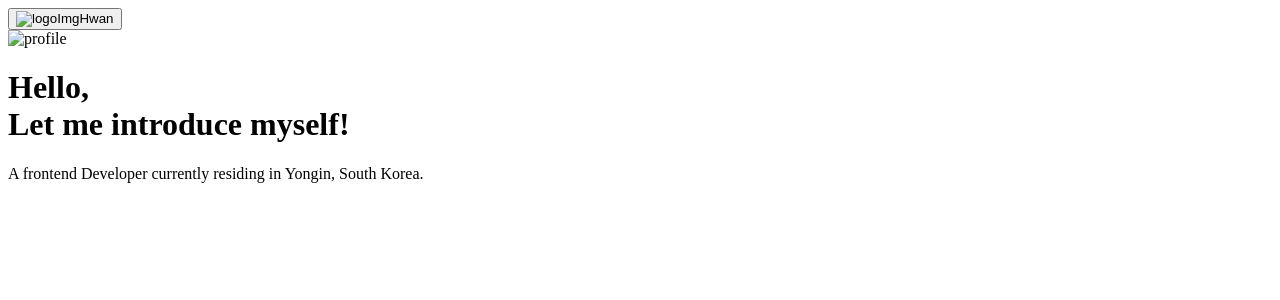
Repository: dhchun1203/Portfolio
Page: index.html
An editor plug-in stored every save of this project. The page is shown before and after the next save, followed by the edit.
The browser window is 1280 px wide. The pictures show the whole page.
Some web libraries are served in a nearby version.

Above is the page before, as saved 2020-12-02 15:20:20.

### index.html
<!DOCTYPE html>
<html lang="en">
	<head>
		<meta charset="UTF-8" />
		<meta name="viewport" content="width=device-width, initial-scale=1.0" />
		<title>Hwan's Portfolio</title>
		<meta
			name="description"
			content="portfolio for world-renowned software engineer Hwan"
		/>
		<meta name="author" content="Hwan" />
		<link rel="icon" type="image/png" href="imgs/favicon.png" />
		<script
			src="https://kit.fontawesome.com/8b98a99811.js"
			crossorigin="anonymous"
		></script>
		<link rel="preconnect" href="https://fonts.gstatic.com" />
		<link
			href="https://fonts.googleapis.com/css2?family=Open+Sans:wght@400;600;700&display=swap"
			rel="stylesheet"
		/>
		<link rel="stylesheet" href="style.css" />
		<script src="main.js" defer></script>
	</head>
	<body>
		<div class="home">
			<nav class="navbar">
				<div class="navbar__logo">
					<button class="home__logo"><img src="" alt="logoImg" />Hwan</button>
				</div>
			</nav>
			<div class="home__img"><img src="" alt="profile" /></div>
			<div class="home__title">
				<h1>Hello, <br />Let me introduce myself!</h1>
			</div>
			<div class="home__description">
				<p>A frontend Developer currently residing in Yongin, South Korea.</p>
			</div>
			<div class="home__btn"></div>
		</div>
	</body>
</html>

Loaded but not shown: main.js (no copy from this time; the picture is the same without it); style.css (no copy from this time; the picture is the same without it)

After the next save:
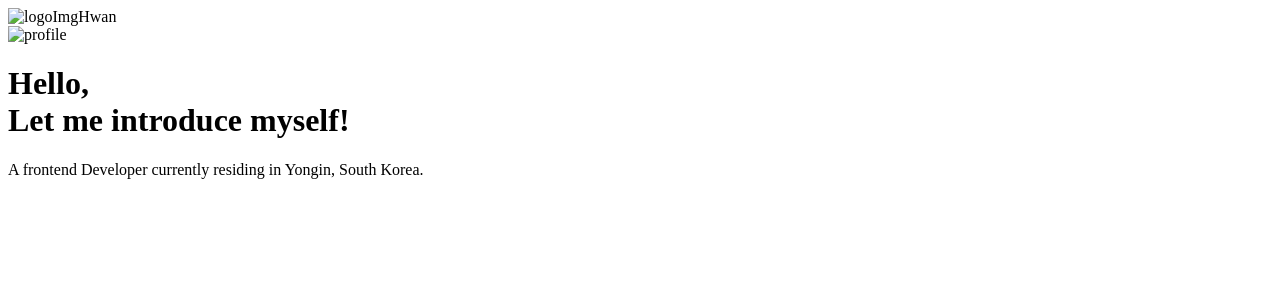
Saved 6 min 29 s later.
--- a/index.html
+++ b/index.html
@@ -25,9 +25,7 @@
 	<body>
 		<div class="home">
 			<nav class="navbar">
-				<div class="navbar__logo">
-					<button class="home__logo"><img src="" alt="logoImg" />Hwan</button>
-				</div>
+				<div class="navbar__logo"><img src="" alt="logoImg" />Hwan</div>
 			</nav>
 			<div class="home__img"><img src="" alt="profile" /></div>
 			<div class="home__title">
